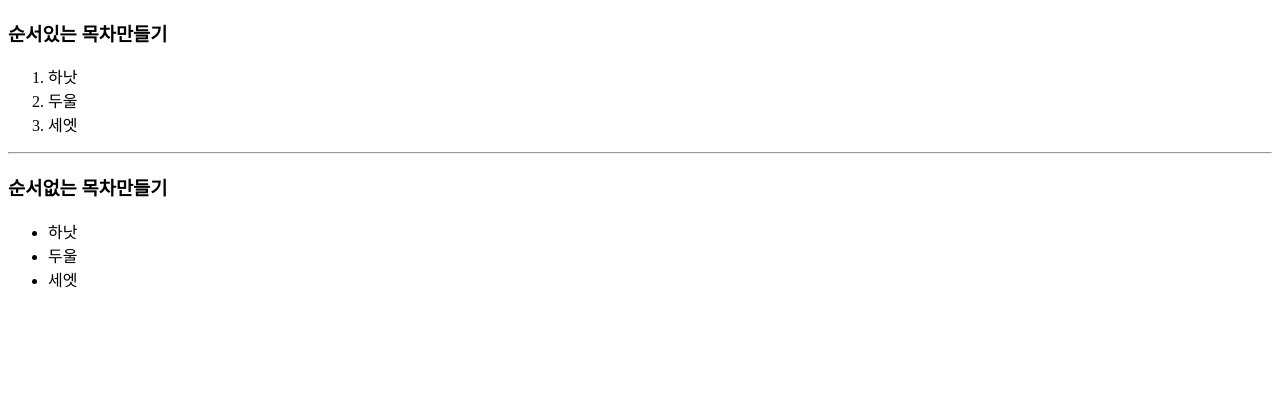
Repository: JeongHyeongKim/practice_myself
Page: Si_basic/WebProject/setp01_HTMLCS/WebContent/HTML/ex04_ul_ol.html
The author's editor kept a copy of each file at every save. The page is drawn from the files as they stood at one save, then again after the next save.
The browser window is 1280 px wide. The pictures show the whole page.

Above is the page before, as saved 2019-04-22 05:06:10.

### Si_basic/WebProject/setp01_HTMLCS/WebContent/HTML/ex04_ul_ol.html
<!DOCTYPE html>
<html>
<head>
	<meta charset="UTF-8">
	<title>Insert title here</title>
</head>
	<body>
		<h3>순서있는 목차만들기</h3>
		<ol>
			<li>하낫</li>
			<li>두울</li>
			<li>세엣</li>
		</ol>
		<hr>
		<h3>순서없는 목차만들기</h3>
		<ul>
			<li>하낫</li>
			<li>두울</li>
			<li>세엣</li>
		</ul>
	</body>
</html>

After the next save:
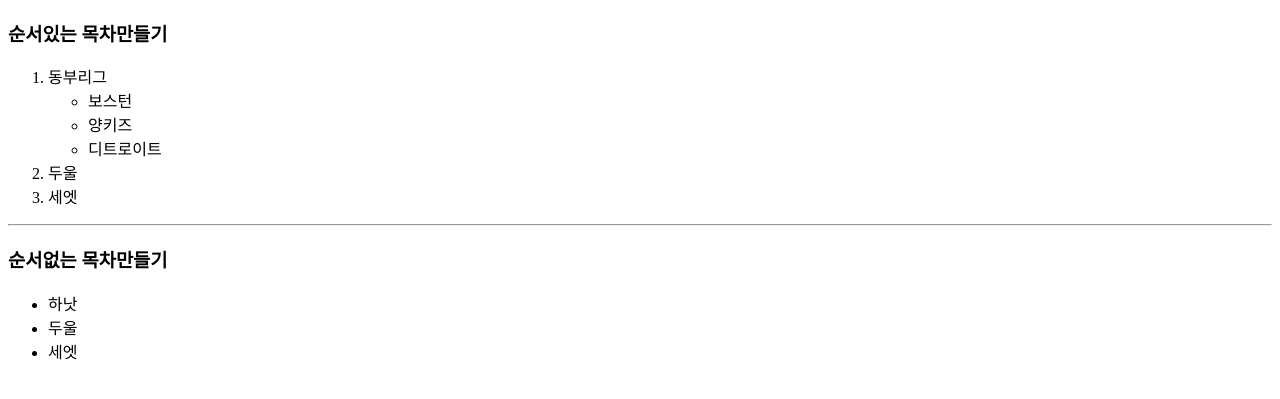
Saved 2 min 5 s later.
--- a/Si_basic/WebProject/setp01_HTMLCS/WebContent/HTML/ex04_ul_ol.html
+++ b/Si_basic/WebProject/setp01_HTMLCS/WebContent/HTML/ex04_ul_ol.html
@@ -7,7 +7,12 @@
 	<body>
 		<h3>순서있는 목차만들기</h3>
 		<ol>
-			<li>하낫</li>
+			<li>동부리그</li>
+				<ul>
+					<li>보스턴</li>
+					<li>양키즈</li>
+					<li>디트로이트</li>
+				</ul>
 			<li>두울</li>
 			<li>세엣</li>
 		</ol>
